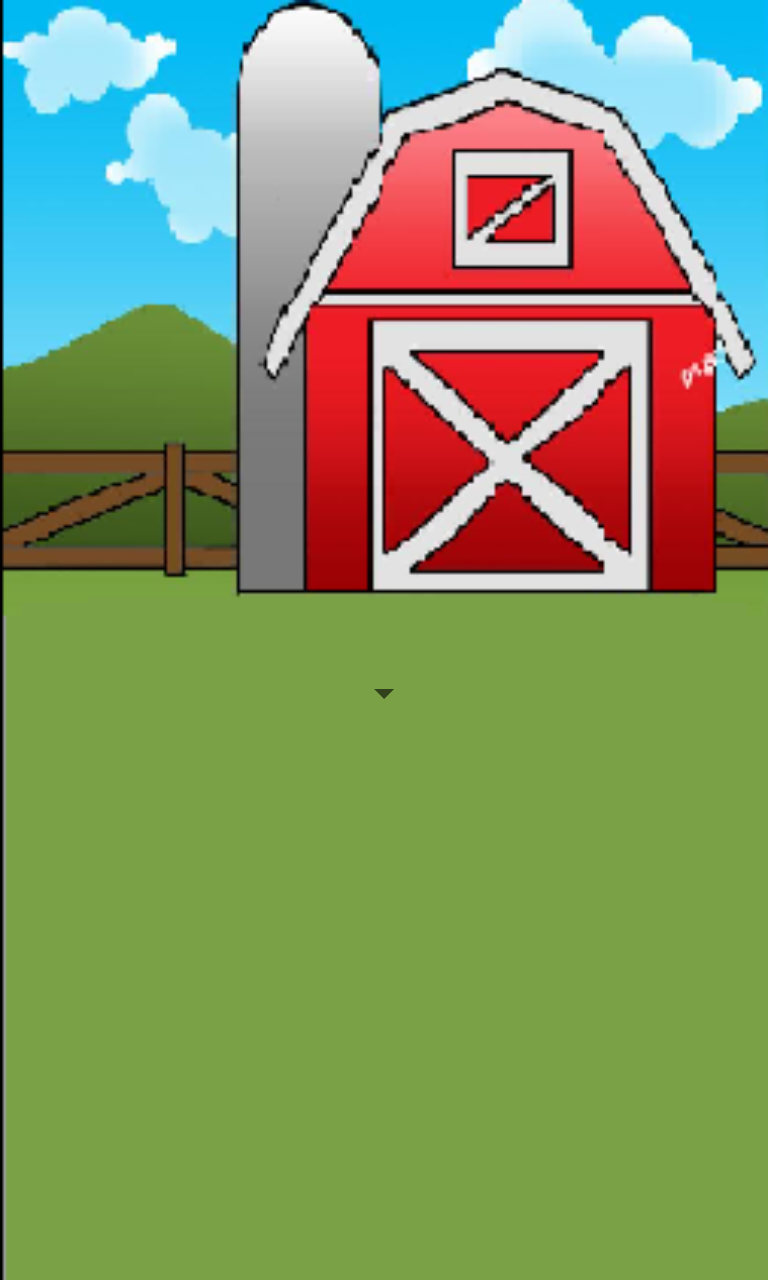
Repository: jdmielke/AnimalApp
Layout: AWEA/res/layout/activity_main.xml
The author's editor kept a copy of each file at every save. The layout is drawn from the files as they stood at one save, then again after the next save.
It is drawn on a 768 x 1280 px phone screen (xhdpi) without system bars, with theme AppTheme; the app's code is not run.

Above is the layout before, as saved 2014-10-15 23:35:42.

After the next save:
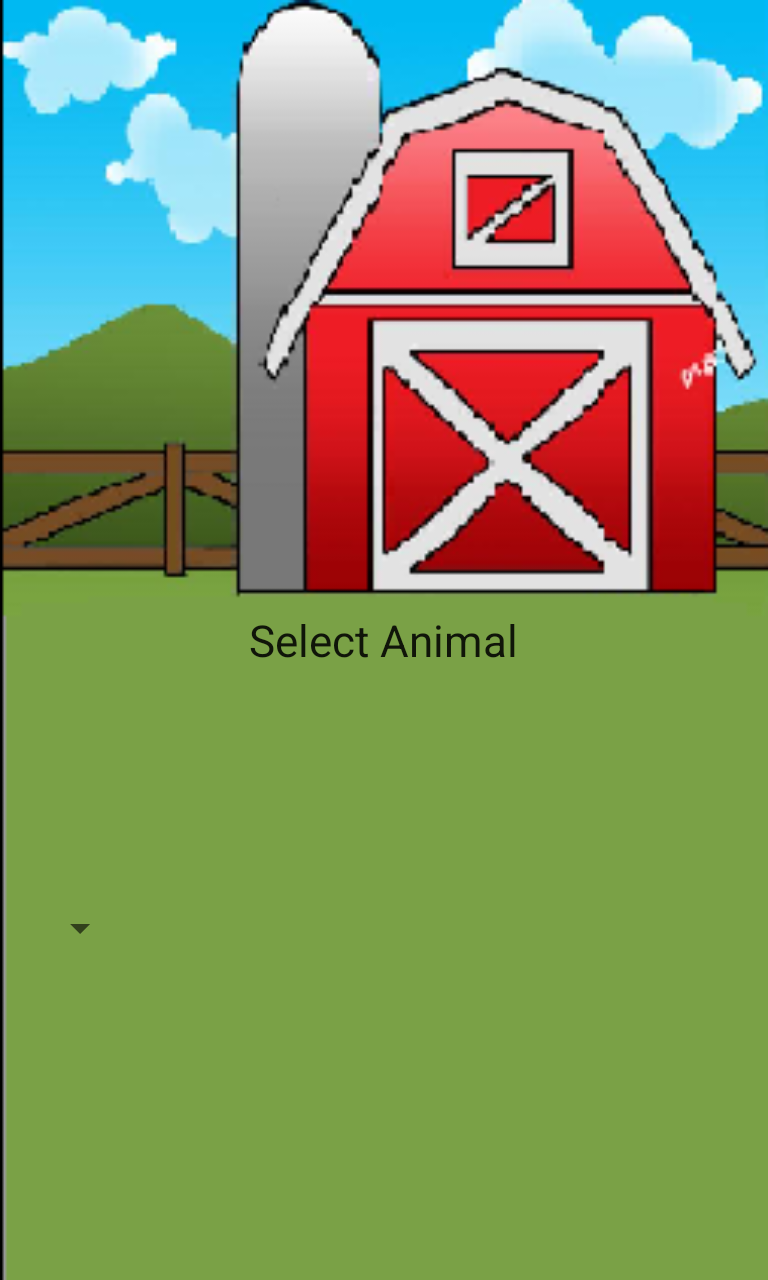
Saved 8 min 32 s later.
--- a/AWEA/res/layout/activity_main.xml
+++ b/AWEA/res/layout/activity_main.xml
@@ -9,19 +9,20 @@
     tools:context="com.example.awea.MainActivity"
     android:background="@drawable/app_background">
 
+    <Spinner
+        android:id="@+id/spinner1"
+        android:layout_width="wrap_content"
+        android:layout_height="wrap_content"
+        android:layout_alignParentBottom="true"
+        android:layout_marginBottom="148dp" />
+
     <TextView
         android:id="@+id/spinnerTitle"
         android:layout_width="wrap_content"
         android:layout_height="wrap_content"
         android:layout_centerHorizontal="true"
         android:layout_centerVertical="true"
+        android:text="Select Animal"
         android:textAppearance="?android:attr/textAppearanceLarge" />
 
-    <Spinner
-        android:id="@+id/spinner1"
-        android:layout_width="wrap_content"
-        android:layout_height="wrap_content"
-        android:layout_below="@+id/spinnerTitle"
-        android:layout_centerHorizontal="true" />
-
 </RelativeLayout>
